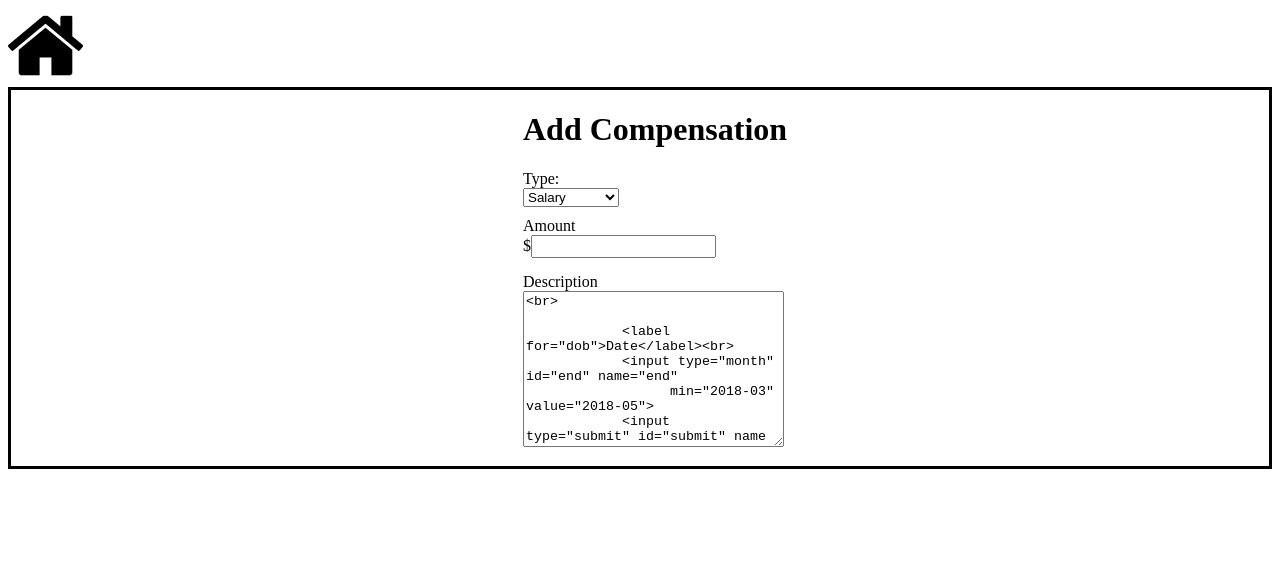
Repository: ticross18/SpringBootEmployeeSystem
Page: EmploymentSystem/src/main/resources/static/addComp.html
The author's editor kept a copy of each file at every save. The page is drawn from the files as they stood at one save, then again after the next save.
The browser window is 1280 px wide. The pictures show the whole page.

Above is the page before, as saved 2022-05-17 18:33:04.

### EmploymentSystem/src/main/resources/static/addComp.html
<!DOCTYPE html>
<html>
<head>
	<title>Add Compensation</title>
	<meta charset="UTF-8">
	<meta name="viewport" content="width=device-width, initial-scale=1.0">
	<link href="css/screens.css" rel="stylesheet" type="text/css">
</head>
<body>

<a href="/"><img src="images/homeIcon2.png" id="homeButton" alt="home button"></a>

<div id="addEmpBox" >
<h1 id="title">Add Compensation</h1>


 <form id="userInput">
        	<label for="type">Type:</label><br>
			<select name="type" id="type" style="margin-bottom:10px;">
			  <option value="volvo">Salary</option>
			  <option value="saab">Bonus</option>
			  <option value="mercedes">Commission</option>
			  <option value="audi">Allowance</option>
			  <option value="audi">Adjustment</option>
			</select><br>

            <label for="amount">Amount</label><br>
            $<input type="number" id="amount" name="amount"><br>

            <label for="lname" >Description </label><br>
            <textarea type="text" id="description" name="description" rows="10" cols="30"/><br>

            <label for="dob">Date</label><br>
            <input type="month" id="end" name="end"
     		  min="2018-03" value="2018-05">
            <input type="submit" id="submit" name ="submit"/>
        </tr>
 </form>
</div>

</body>
</html>

### EmploymentSystem/src/main/resources/static/css/screens.css
.container {
   display: flex;

}

#homeButton{
	width:75px;
	height:75px;
	position: relative;
}

.asterisk{
	color: red;
}

#addEmpBox {
	padding-left: 40vw;
	border: 3px solid rgb(0, 0, 0);
	padding-bottom: 15px;
}

#addEmpBox input {
	margin-bottom: 15px;
	padding: 2px;
}

#SearchEmpBox {
	border: 3px solid rgb(0, 0, 0);
	padding-bottom: 15px;
	margin-right: 15vw;
	text-align: center;
}

#userInput {
	display:inline-table;
}

#results {
	border: 2px solid black;
	margin: 10px;
	background-color: lightgrey;
	border-collapse: collapse;
	margin:  3vh 3vw;
}

#results th {
	padding: 2vh 3vw;
	border-left: 1px solid #000;
    border-right: 1px solid #000;
}

#results td {
	padding: 1vh 3vw ;
	border-left: 1px solid #000;
    border-right: 1px solid #000;

}

#finalEdit{
	text-align: left;
	position: left;
}

button.optionButtons {
	border-radius: 10px;
	margin-top: 10px;
	margin-right: 10vw;
	height: 5vh;
	border: 3px solid rgb(0, 0, 0);
}

button.optionButtons:active {
  box-shadow: 0 5px #666;
  transform: translateY(4px);
}

button.optionButtons:hover {
  background-color: rgb(255, 255, 128);
  cursor: pointer;
}

#dateRange {
	border: 3px solid rgb(0, 0, 0);
	width:fit-content;
	margin: 3vh;
	padding: 2vh;
}



.monthDropDown {
	width:110px;
}


tr.entries:hover {
  background-color: white;
  cursor: pointer;
}

h3 {
	background-color: lightgrey;

}

After the next save:
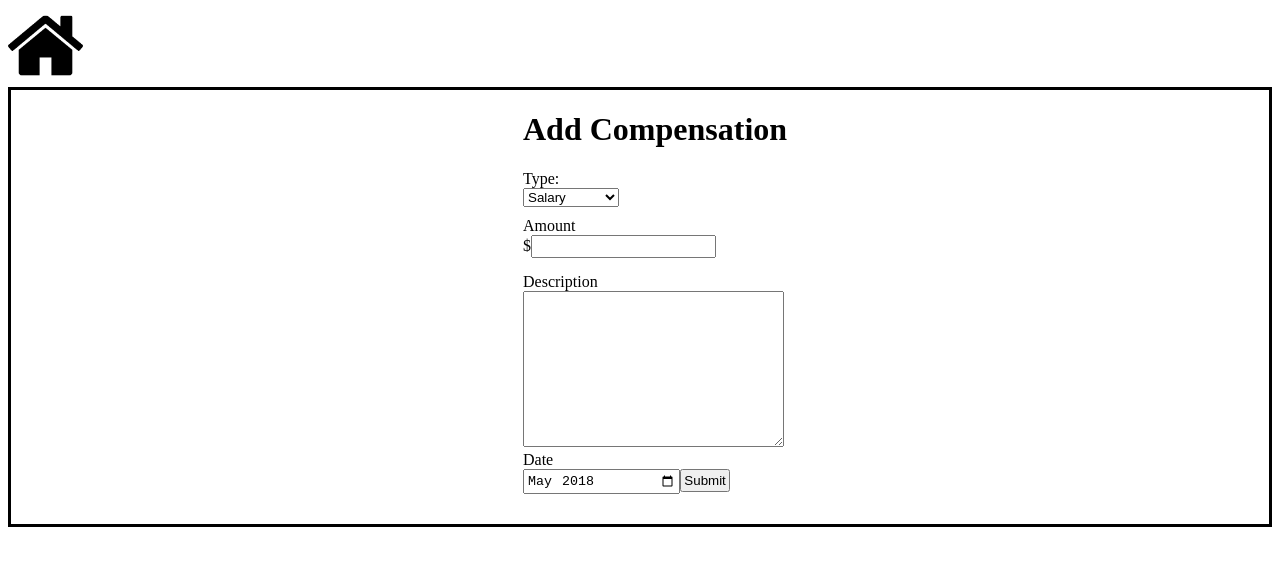
Saved 11 s later.
--- a/EmploymentSystem/src/main/resources/static/addComp.html
+++ b/EmploymentSystem/src/main/resources/static/addComp.html
@@ -28,7 +28,7 @@
             $<input type="number" id="amount" name="amount"><br>
 
             <label for="lname" >Description </label><br>
-            <textarea type="text" id="description" name="description" rows="10" cols="30"/><br>
+            <textarea type="text" id="description" name="description" rows="10" cols="30"></textarea><br>
 
             <label for="dob">Date</label><br>
             <input type="month" id="end" name="end"
